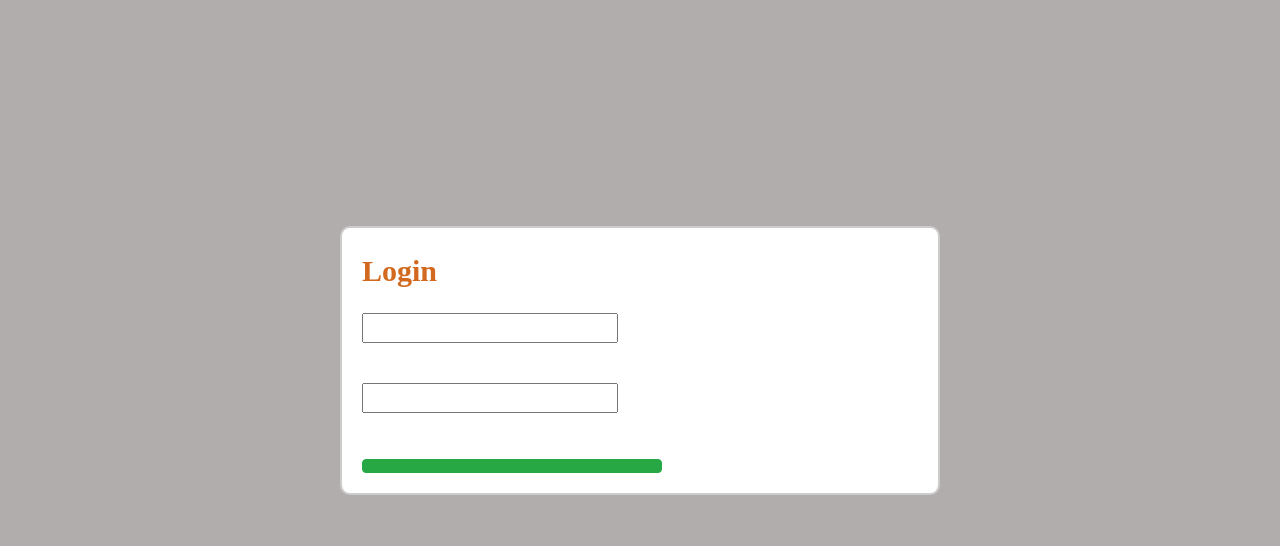
Repository: DiaryRz/FrontWeb
Page: /
An editor plug-in stored every save of this project. The page is shown before and after a run of saves, followed by the edit.
The browser window is 1280 px wide. The pictures show the whole page.
The project was rebuilt for these pictures with package versions that can differ from the ones it lists, and the page was loaded fresh each time. Also part of the build but not shown: src/component/css/Header.css, src/component/Header.jsx, src/page/css/AppAffichage.css, src/component/css/NavBar.css, src/component/NavBar.jsx, src/component/css/Model.css, src/component/InsertModel.jsx, src/page/AppAffichage.jsx and 26 more.

Above is the page before, as saved 2024-01-28 20:56:19.

### src/App.js
import AppAffichage from './page/AppAffichage';
import Liste from './page/Carburant';
import InsertionBoiteDeVitesse from './page/BoiteDeVitesse';
import InsertionLieu from './page/Lieu';
import InsertionMarque from './page/Marque';
import ListeDesLieux from './page/SelectLieu';
import Login from './component/Login';
import InsertionCategorie from './component/InsertionCategorie';
import ListeCarburant from './page/ListeCarburant';
import ListeCategorie from './page/ListeCategorie';
import Recherche from './page/Recherche';
import AnnonceAValider from './page/AnnonceAValiderPage';
import Chart from './page/ChartPage';
import { BrowserRouter, Route, Routes } from 'react-router-dom';
import ListeDesVit from './page/ListeBoiteDeVitessePage';
import ListeDesMar from './page/ListeMarquePage';

function App() {
  return (
    <div className="App">
      <BrowserRouter>
        <Routes>
          <Route path='/' element = {<Login/> }></Route>
          <Route path='/insertionModel' element={ <AppAffichage /> }></Route>     {/* Insertion model */}
          <Route path='/InsertionCarburant' element={ <Liste /> }></Route>
          <Route path='/InsertionBoiteDeVitesse' element={ <InsertionBoiteDeVitesse /> }></Route>
          <Route path='/InsertionLieu' element={ <InsertionLieu /> }></Route>
          <Route path='/InsertionMarque' element={ <InsertionMarque /> }></Route>
          <Route path='/SelectLieu' element={ <ListeDesLieux /> }></Route>
          <Route path='/insertionCategorie' element = {<InsertionCategorie/> }></Route>
          <Route path='/ListeCarburant' element = {<ListeCarburant/> }></Route>
          <Route path='/Recherche' element = {<Recherche/> }></Route>
          <Route path='/ListeCategorie' element = {<ListeCategorie/> }></Route>
          <Route path='/ListeBoiteVitesse' element = {<ListeDesVit/> }></Route>
          <Route path='/ListeMarque' element = {<ListeDesMar/> }></Route>
          <Route path='/AnnonceAValider' element = {<AnnonceAValider/> }></Route>
          <Route path='/statistic' element = {<Chart/> }></Route>
        </Routes>
      </BrowserRouter>
    </div>
  );
}

export default App;

### src/component/Login.js
import React, { useState } from 'react';
import { useNavigate } from 'react-router-dom';


 /* Login.css */
 const loginContainer = {
    display:'flex',
    justifyContent: 'center',
    alignItems: 'center',
    height: '100vh',
    background: '#b2adad',
};


const loginForm = {
    width: '600px',
    padding: '20px',
    border: '2px solid #ccc',
    borderRadius:'10px',
    backgroundColor: 'white',

};

const Login = () => {
    const [nomUtilisateur, setnomUtilisateur] = useState('');
    const [mdp, setmdp] = useState('');
    const navigate = useNavigate();

    const Inserer = async (e) => {
        e.preventDefault();
        const lieu = { nomUtilisateur, mdp };

        try {
            const response = await fetch('http://localhost:8081/utilisateurs/verifierUser', {
                method: 'POST',
                headers: { 'Content-Type': 'application/json' },
                body: JSON.stringify(lieu),
            });

            if (!response.ok) {
                throw new Error(`Erreur lors de la requête : ${response.status}`);
            } else {
                const responseData = await response.text();

                localStorage.setItem("token", responseData);
                console.log(localStorage.getItem("token"));
                navigate('/insertionModel');
            }
        } catch (error) {
            console.error('Une erreur s\'est produite lors de la requête :', error.message);
            // Vous pouvez ajouter ici la gestion de l'erreur, par exemple afficher un message à l'utilisateur.
        }
    };


    return (
        <form onSubmit={Inserer}>
           <div style={loginContainer}>
                    <form style={loginForm}>
                        <div style={{ fontSize: '30px',fontFamily:'serif', marginBottom: '20px' ,color:'chocolate'}}><b>Login</b></div>
                        <div className="mb-3">
                        <input type="text" value={nomUtilisateur} onChange={(e) => setnomUtilisateur(e.target.value)} />
                        </div>
                        <div className="mb-3" style={{marginTop:'40px'}}>
                        <input type="password" value={mdp} onChange={(e) => setmdp(e.target.value)} />
                        </div>
                        <button type="submit" className="btn btn-success" style={{width:'300px',marginTop:'30px'}}>

                        </button>
                    </form>

                </div>
        </form>
    );
};

export default Login;

Loaded but not shown: public/index.html (common file); src/index.js (common file); src/index.css (common file); src/reportWebVitals.js (common file); src/assets/bootstrap/css/bootstrap.min.css (library)

After the next 3 saves:
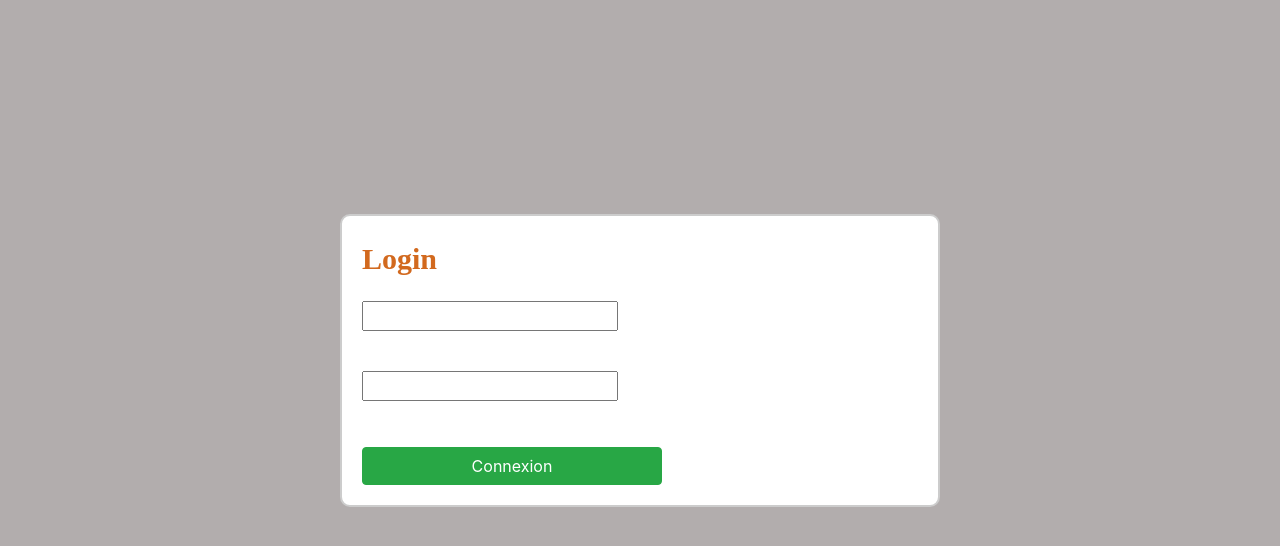
The 3 saves are shown as one change because they came seconds apart.
The last was saved 97 s later.
--- a/src/component/Login.js
+++ b/src/component/Login.js
@@ -65,7 +65,7 @@ const Login = () => {
                         <input type="password" value={mdp} onChange={(e) => setmdp(e.target.value)} />
                         </div>
                         <button type="submit" className="btn btn-success" style={{width:'300px',marginTop:'30px'}}>
-
+                            Connexion
                         </button>
                     </form>
 
